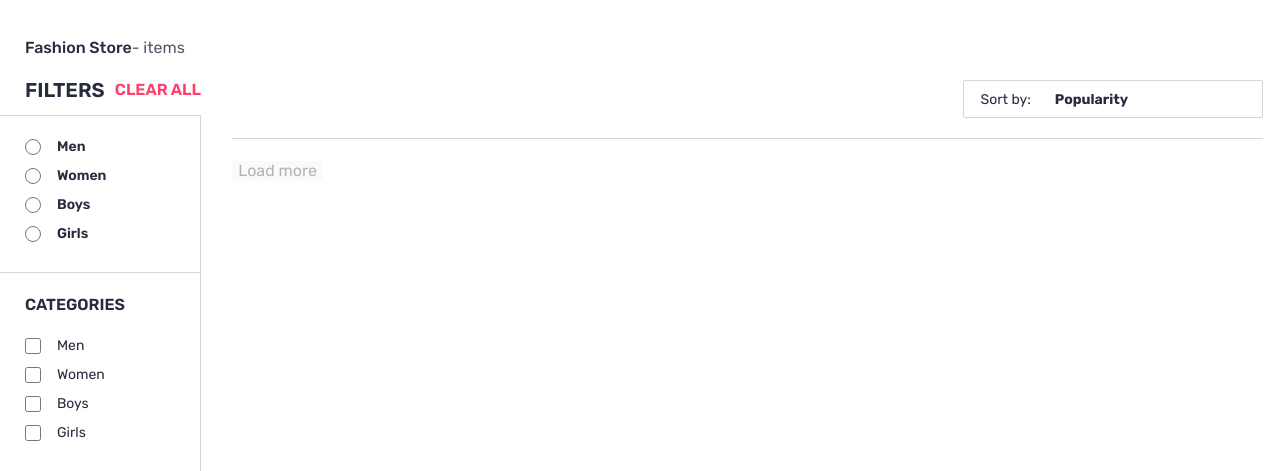
Repository: litaiqiang1407/Khanh-FashionStore
Page: /
These files come from the project's save history. The page is drawn as it stood at one moment and after the next save; the edit follows.
The browser window is 1280 px wide. The page is 1288 px wide, so the pictures cover 1288 px, including what lies to the right of the window. The pictures show the part of the page from y = 1080 to 1551 px (the page is 1551 px tall).
The page's requests for data from a server got no answer. The project was rebuilt for these pictures with package versions that can differ from the ones it lists, and the page was loaded fresh each time. No one was signed in, and anything a server would have sent is missing.

Above is the page before, as saved 2024-04-14 10:43:54.

### public/index.html
<!DOCTYPE html>
<html lang="en">
  <head>
    <meta charset="utf-8" />
    <link
      rel="icon"
      href="https://cdn.dribbble.com/userupload/7899795/file/original-7c498c1b6e9bb43ac93fe5918fafdf99.jpg?resize=1200x1200"
    />
    <meta name="viewport" content="width=device-width, initial-scale=1" />
    <title>Fashion Store</title>
    <link
      href="https://cdn.jsdelivr.net/npm/bootstrap@5.3.3/dist/css/bootstrap.min.css"
      rel="stylesheet"
      integrity="sha384-QWTKZyjpPEjISv5WaRU9OFeRpok6YctnYmDr5pNlyT2bRjXh0JMhjY6hW+ALEwIH"
      crossorigin="anonymous"
    />
  </head>
  <body>
    <div id="root"></div>
    <script
      src="https://cdn.jsdelivr.net/npm/bootstrap@5.3.3/dist/js/bootstrap.bundle.min.js"
      integrity="sha384-YvpcrYf0tY3lHB60NNkmXc5s9fDVZLESaAA55NDzOxhy9GkcIdslK1eN7N6jIeHz"
      crossorigin="anonymous"
    ></script>
  </body>
</html>

### src/index.js
import React from "react";
import ReactDOM from "react-dom/client";

import App from "./App";
import reportWebVitals from "./reportWebVitals";
import { GlobalStyles } from "./components";

const root = ReactDOM.createRoot(document.getElementById("root"));
root.render(
  <React.StrictMode>
    <GlobalStyles>
      {" "}
      <App />
    </GlobalStyles>
  </React.StrictMode>
);

// If you want to start measuring performance in your app, pass a function
// to log results (for example: reportWebVitals(console.log))
// or send to an analytics endpoint. Learn more: https://bit.ly/CRA-vitals
reportWebVitals();

### src/App.js
import { BrowserRouter as Router, Routes, Route } from "react-router-dom";
import { publicRoutes } from "./routes";
import { Fragment } from "react";

function App() {
  return (
    <Router>
      <div className="App">
        <Routes>
          {publicRoutes.map((route, index) => {
            let Layout = route.layout;
            let MiniLayout = route.miniLayout;

            if (!route.layout) {
              Layout = Fragment;
            }

            if (!route.miniLayout) {
              MiniLayout = Fragment;
            }

            const Page = route.component;
            return (
              <Route
                key={index}
                path={route.path}
                element={
                  <Layout>
                    <MiniLayout>
                      <Page />
                    </MiniLayout>
                  </Layout>
                }
              />
            );
          })}
        </Routes>
      </div>
    </Router>
  );
}

export default App;

### src/components/index.js
export { default as GlobalStyles } from "./GlobalStyles";

### src/routes/index.js
import { UserLayout } from "~/components/Layout";
import { Home } from "~/pages";

const publicRoutes = [
  {
    path: "/",
    component: Home,
    layout: UserLayout,
  },
];

const privateRoutes = [];

export { publicRoutes, privateRoutes };

### src/components/Layout/index.js
export { default as UserLayout } from "./UserLayout";

### src/components/GlobalStyles/GlobalStyles.scss
@import "normalize.css";
@import url("https://fonts.googleapis.com/css2?family=Rubik:ital,wght@0,300..900;1,300..900&display=swap");

:root {
  --black: #000;
  --white: #fff;
  --gray: #f5f5f6;
  --primary-color: #ff3e6c;
  --primary-text-color: #282c3f;
  --secondary-text-color: #535766;
  --primary-border-color: #d4d5d9;
  --price: #ff3e6c;
}

* {
  box-sizing: border-box;
}

html {
  font-size: 62.5%;
}

body {
  font-family: "Rubik", sans-serif;
  font-size: 1.6rem;
  line-height: 1.5;
  text-rendering: optimizeSpeed;
}

body::-webkit-scrollbar {
  display: none;
}

button,
input,
[tabindex] {
  border: none;
  outline: none;
  &:focus {
    outline: none;
  }
}

a[href] {
  text-decoration: none;
  color: var(--text-black-color);
}

ul {
  list-style-type: none;
  padding: 0;
  margin: 0;
}

### src/components/Layout/UserLayout/index.js
import { Header } from "../Components";

function UserLayout({ children }) {
  return (
    <div>
      <Header />
      {children}
    </div>
  );
}

export default UserLayout;

### src/pages/Home/index.js
import Banner from "./Banner";
import Products from "./Products";

function Home() {
  return (
    <div>
      <Banner />
      <Products />
    </div>
  );
}

export default Home;

### src/pages/Home/Banner/index.js
import { Carousel, Container, Image } from "react-bootstrap";

import classNames from "classnames/bind";
import styles from "./Banner.module.scss";

const cx = classNames.bind(styles);

function Banner() {
  return (
    // <div className={cx("banner")}>
    //   <Image
    //     className={cx("banner-img")}
    //     src="https://assets.myntassets.com/f_webp,w_980,c_limit,fl_progressive,dpr_2.0/assets/images/2022/7/25/9be788ff-39a4-4214-99d0-fc97505aae5a1658752545685-USPA_Desk_Banner.jpg"
    //   />
    // </div>
    <Carousel className={cx("banner")}>
      <Carousel.Item interval={1000}>
        <Image
          className={cx("banner-img")}
          src="https://assets.myntassets.com/f_webp,w_980,c_limit,fl_progressive,dpr_2.0/assets/images/2022/7/25/9be788ff-39a4-4214-99d0-fc97505aae5a1658752545685-USPA_Desk_Banner.jpg"
        />
      </Carousel.Item>
      <Carousel.Item interval={1000}>
        <Image
          className={cx("banner-img")}
          src="https://assets.myntassets.com/f_webp,w_980,c_limit,fl_progressive,dpr_2.0/assets/images/2022/7/25/b656a7f4-4688-4997-bb7c-54b78793981e1658752386588-Western-Wear_Desk.jpg"
        />
      </Carousel.Item>
      <Carousel.Item interval={1000}>
        <Image
          className={cx("banner-img")}
          src="https://assets.myntassets.com/f_webp,w_980,c_limit,fl_progressive,dpr_2.0/assets/images/2022/5/31/4031994d-9092-4aa7-aea1-f52f2ae5194f1654006594976-Activewear_DK.jpg"
        />
      </Carousel.Item>
    </Carousel>
  );
}

export default Banner;

### src/pages/Home/Products/index.js
import { useEffect, useState } from "react";
import { interactData } from "~/functions/interactData";

import classNames from "classnames/bind";
import styles from "./Products.module.scss";
import { Col, Form, Row } from "react-bootstrap";
import { Link } from "react-router-dom";
const cx = classNames.bind(styles);

function Products() {
  const [products, setProducts] = useState([]);
  const [displayedProducts, setDisplayedProducts] = useState(20);
  const productsURL = "http://localhost/fashion-store/api/Products.php";

  useEffect(() => {
    interactData(productsURL, "GET", null, setProducts);
  }, []);

  const loadMoreProducts = () => {
    setDisplayedProducts(displayedProducts + 20);
  };
  return (
    <div className={cx("products")}>
      <div className={cx("header")}>
        <h1 className={cx("header-title")}>Fashion Store</h1>
        <span className={cx("header-count")}>{` - items`}</span>
      </div>
      <div className={cx("body")}>
        <Row>
          <Col lg={2} className={cx("filter")}>
            <div className={cx("filter-header")}>
              <span className={cx("filter-header__title")}>FILTERS</span>
              <span className={cx("filter-header__clear")}>CLEAR ALL</span>
            </div>
            <div className={cx("filter-body")}>
              <div className={cx("filter-gender")}>
                <ul className={cx("gender-list")}>
                  <li className={cx("gender-item")}>
                    <label className={cx("item-label")}>
                      <input
                        name="gender-item"
                        type="radio"
                        className={cx("item-input")}
                      />
                      <span className={cx("item-value")}>Men</span>
                    </label>
                  </li>
                  <li className={cx("gender-item")}>
                    <label className={cx("item-label")}>
                      <input
                        name="gender-item"
                        type="radio"
                        className={cx("item-input")}
                      />
                      <span className={cx("item-value")}>Women</span>
                    </label>
                  </li>
                  <li className={cx("gender-item")}>
                    <label className={cx("item-label")}>
                      <input
                        name="gender-item"
                        type="radio"
                        className={cx("item-input")}
                      />
                      <span className={cx("item-value")}>Boys</span>
                    </label>
                  </li>
                  <li className={cx("gender-item")}>
                    <label className={cx("item-label")}>
                      <input
                        name="gender-item"
                        type="radio"
                        className={cx("item-input")}
                      />
                      <span className={cx("item-value")}>Girls</span>
                    </label>
                  </li>
                </ul>
              </div>
              <div className={cx("filter-category")}>
                <span className={cx("category-title")}>CATEGORIES</span>
                <ul className={cx("category-list")}>
                  <li className={cx("category-item")}>
                    <label className={cx("item-label")}>
                      <input
                        name="category-item"
                        type="checkbox"
                        className={cx("item-input")}
                      />
                      <span className={cx("item-value")}>Men</span>
                    </label>
                  </li>
                  <li className={cx("category-item")}>
                    <label className={cx("item-label")}>
                      <input
                        name="category-item"
                        type="checkbox"
                        className={cx("item-input")}
                      />
                      <span className={cx("item-value")}>Women</span>
                    </label>
                  </li>
                  <li className={cx("category-item")}>
                    <label className={cx("item-label")}>
                      <input
                        name="category-item"
                        type="checkbox"
                        className={cx("item-input")}
                      />
                      <span className={cx("item-value")}>Boys</span>
                    </label>
                  </li>
                  <li className={cx("category-item")}>
                    <label className={cx("item-label")}>
                      <input
                        name="category-item"
                        type="checkbox"
                        className={cx("item-input")}
                      />
                      <span className={cx("item-value")}>Girls</span>
                    </label>
                  </li>
                </ul>
              </div>
            </div>
          </Col>
          <Col lg={10} className={cx("product")}>
            <div className={cx("product-header")}>
              <div className={cx("sort-by")}>
                <span className={cx("sort-by__title")}>Sort by:</span>
                <span className={cx("sort-by__value")}>Popularity</span>
              </div>
            </div>
            <div className={cx("product-body")}>
              <ul className={cx("product-list")}>
                {products.slice(0, displayedProducts).map((product) => (
                  <li className={cx("product-item")} key={product.ID}>
                    <Link to="/product/1" className={cx("item-link")}>
                      <img
                        src={product.Image}
                        alt={product.Name}
                        className={cx("product-img")}
                        loading="lazy" // lazy load images
                      />
                      <div className={cx("product-info")}>
                        <p className={cx("product-brand")}>{product.Brand}</p>
                        <p className={cx("product-name")}>{product.Name}</p>
                        <p className={cx("product-price")}>${product.Price}</p>
                      </div>
                    </Link>
                  </li>
                ))}
              </ul>
            </div>
            <div className={cx("product-footer")}>
              <button
                className={cx("load-more")}
                onClick={loadMoreProducts}
                disabled={displayedProducts >= products.length}
              >
                Load more
              </button>
            </div>
          </Col>
        </Row>
      </div>
    </div>
  );
}

export default Products;

### src/components/Layout/Components/Header/index.js
import classNames from "classnames/bind";
import styles from "./Header.module.scss";
import { Col, Container, Navbar, Row, Nav } from "react-bootstrap";
import { Link } from "react-router-dom";
import { FontAwesomeIcon } from "@fortawesome/react-fontawesome";
import {
  faBagShopping,
  faHeart,
  faMagnifyingGlass,
  faUser,
} from "@fortawesome/free-solid-svg-icons";

const cx = classNames.bind(styles);

function Header() {
  return (
    <header className={cx("header")}>
      <Container className={cx("header-container")}>
        <Row className={cx("header-row")}>
          <Col lg={6} className={cx("header-col")}>
            <Navbar style={{ padding: 0 }}>
              <Navbar.Brand href="/" className={cx("header-logo")}>
                <img
                  src="https://cdn.dribbble.com/userupload/7899795/file/original-7c498c1b6e9bb43ac93fe5918fafdf99.jpg?resize=1200x1200"
                  alt="Logo"
                  className={cx("logo")}
                />
              </Navbar.Brand>
              <Navbar expand="lg" className={cx("navbar-header")}>
                <Nav className="mx-auto" style={{ height: "80px" }}>
                  <Link className={cx("nav-link")} to="/furniture">
                    MEN
                  </Link>
                  <Link className={cx("nav-link")} to="/lighting">
                    WOMEN
                  </Link>
                  <Link className={cx("nav-link")} to="/home-decor">
                    KIDS
                  </Link>
                  <Link className={cx("nav-link")} to="/outdoor-items">
                    HOME & LIVING
                  </Link>
                  <Link className={cx("nav-link")} to="/bathroom-items">
                    BEAUTY
                  </Link>
                </Nav>
              </Navbar>
            </Navbar>
          </Col>
          <Col lg={6} className={cx("header-col")}>
            <Row className={cx("header-options")}>
              <Col lg={8}>
                <div className={cx("header-search")}>
                  <FontAwesomeIcon
                    icon={faMagnifyingGlass}
                    className={cx("search-icon")}
                  />
                  <input
                    type="text"
                    placeholder="Search for products, brands, and more..."
                    className={cx("search-input")}
                  />
                </div>
              </Col>
              <Col lg={4} className={cx("header-actions")}>
                <Link to="/login">
                  <FontAwesomeIcon
                    className={cx("action-icon")}
                    icon={faUser}
                  />
                </Link>
                <Link to="/wishlist">
                  <FontAwesomeIcon
                    className={cx("action-icon")}
                    icon={faHeart}
                  />
                </Link>
                <Link to="/cart">
                  <FontAwesomeIcon
                    className={cx("action-icon")}
                    icon={faBagShopping}
                  />
                </Link>
              </Col>
            </Row>
          </Col>
        </Row>
      </Container>
    </header>
  );
}

export default Header;

### src/pages/Home/Banner/Banner.module.scss
@import "~bootstrap/scss/bootstrap";

.banner {
  padding: 0;
  .banner-img {
    width: 100%;
  }
}

### src/functions/interactData.js
import axios from "axios"; // Import the axios library to make requests

// Function to interact with the API
const interactData = (url, method, data, setData) => {
  axios({
    method: method, // GET, POST, PUT, DELETE
    url: url, // API endpoint
    data: new URLSearchParams(data), // Data to send in the body of the request
    headers: { "Content-Type": "application/x-www-form-urlencoded" }, // Headers
  })
    .then((response) => {
      console.log("Sending request with data:", data);
      setData(response.data); // Set the data from the response
    })
    .catch((error) => {
      console.error("Error fetching data: ", error);
    });
};

export { interactData };

### src/pages/Home/Products/Products.module.scss
@import "~bootstrap/scss/bootstrap";

.products {
  margin-top: 40px;

  .header {
    display: flex;
    margin-left: 25px;

    .header-title {
      font-size: 1.6rem;
      color: var(--primary-text-color);
      margin: 0;
      line-height: 16px;
    }

    .header-count {
      font-size: 1.6rem;
      color: var(--secondary-text-color);
      line-height: 16px;
    }
  }

  .body {
    margin-top: 24px;
    .filter-header {
      margin: 0 0 15px 25px;
      height: 20px;
      display: flex;
      justify-content: space-between;
      align-items: center;

      .filter-header__title {
        font-size: 2rem;
        color: var(--primary-text-color);
        font-weight: 600;
      }
      .filter-header__clear {
        font-size: 1.6rem;
        color: var(--primary-color);
        font-weight: 600;
      }
    }

    .filter-gender {
      padding: 20px 0 20px 25px;
      border-top: 1px solid var(--primary-border-color);
      border-right: 1px solid var(--primary-border-color);

      .gender-list {
        padding: 0;
        margin: 0;

        .gender-item {
          margin-bottom: 8px;
          .item-label {
            display: flex;
            align-items: center;
            .item-input {
              width: 16px;
              height: 16px;
            }

            .item-value {
              margin-left: 16px;
              font-size: 1.4rem;
              color: var(--primary-text-color);
              font-weight: 600;
            }
          }
        }
      }
    }

    .filter-category {
      padding: 20px 0 20px 25px;
      border-top: 1px solid var(--primary-border-color);
      border-right: 1px solid var(--primary-border-color);

      .category-title {
        display: block;
        margin: 0 0 18px;
        font-size: 1.6rem;
        color: var(--primary-text-color);
        font-weight: 600;
      }
      .category-list {
        padding: 0;
        margin: 0;

        .category-item {
          margin-bottom: 8px;
          .item-label {
            display: flex;
            align-items: center;
            .item-input {
              width: 16px;
              height: 16px;
            }

            .item-value {
              margin-left: 16px;
              font-size: 1.4rem;
              color: var(--primary-text-color);
            }
          }
        }
      }
    }

    .product {
      padding: 0 24px;
      .product-header {
        display: flex;
        justify-content: flex-end;
        align-items: center;
        padding-bottom: 20px;
        border-bottom: 1px solid var(--primary-border-color);

        .sort-by {
          display: flex;
          align-items: center;
          width: 300px;
          height: 38px;
          border: 1px solid var(--primary-border-color);
          border-radius: 2px;
          padding-left: 16px;

          .sort-by__title {
            color: var(--primary-text-color);
            margin-right: 24px;
            font-size: 1.4rem;
          }

          .sort-by__value {
            color: var(--primary-text-color);
            font-size: 1.4rem;
            font-weight: 700;
          }
        }
      }

      .product-body {
        margin-top: 20px;
        .product-list {
          margin: 0;
          padding: 0;
          display: flex;
          flex-wrap: wrap;
          justify-content: space-between;
          .product-item {
            margin-bottom: 16px;
            transition: all 0.3s ease;
            overflow: hidden;

            &:hover {
              transform: scale(1.05);
              border: 1px solid var(--primary-color);
            }
            .item-link {
              transition: transform 0.2s;

              &:hover {
                transform: scale(1.1);
              }
              .product-img {
                width: 210px;
                height: 280px;
              }

              .product-info {
                margin-top: 12px;
                padding: 0 10px;

                .product-brand {
                  color: var(--primary-text-color);
                  font-size: 1.6rem;
                  font-weight: 600;
                }
                .product-name {
                  color: var(--primary-text-color);
                  font-size: 1.4rem;
                }
                .product-price {
                  color: var(--price);
                  font-size: 1.6rem;
                  font-weight: 600;
                }
              }
            }
          }
        }
      }
    }
  }
}

### src/components/Layout/Components/Header/Header.module.scss
@import "~bootstrap/scss/bootstrap";

.header {
  height: 80px;
  position: sticky;
  top: 0;
  z-index: 1000;
  background-color: var(--white);
  box-shadow: 0 2px 4px rgba(0, 0, 0, 0.1);
  margin-bottom: 40px;

  .header-container {
    padding: 0;

    .header-row {
      padding: 0;

      .header-col {
        padding: 0;

        .header-logo {
          padding: 0;

          .logo {
            height: 80px;
            width: 80px;
          }
        }

        .navbar-header {
          height: 80px;
          .nav-link {
            height: 100%;
            padding: 0 16px;
            font-size: 1.4rem;
            font-weight: 600;
            line-height: 80px;
            color: var(--primary-text-color);

            &:hover {
              color: var(--primary-color);
              border-bottom: 3px solid var(--primary-color);
            }
          }
        }
      }

      .header-options {
        padding: 20px 0;
        height: 80px;

        .header-search {
          height: 40px;
          padding: 12px 10px;
          display: flex;
          align-items: center;
          background-color: var(--gray);
          border: 1px solid transparent;
          border-radius: 4px;

          &:focus-within {
            background-color: var(--white);
            border: 1px solid var(--primary-color);
          }

          .search-icon {
            font-size: 1.6rem;
            color: var(--secondary-text-color);
            margin-right: 12px;
          }

          .search-input {
            width: 90%;
            font-size: 1.6rem;
            color: var(--secondary-text-color);
            background-color: var(--gray);

            &:focus {
              background-color: var(--white);
            }
          }
        }

        .header-actions {
          display: flex;
          justify-content: flex-end;
          align-items: center;

          .action-icon {
            margin-left: 32px;
            font-size: 2rem;

            &:hover {
              color: var(--primary-color);
            }
          }
        }
      }
    }
  }
}

Loaded but not shown: src/reportWebVitals.js (common file); src/components/GlobalStyles/index.js (common file); src/pages/index.js (common file); src/components/Layout/Components/index.js (common file)

After the next save:
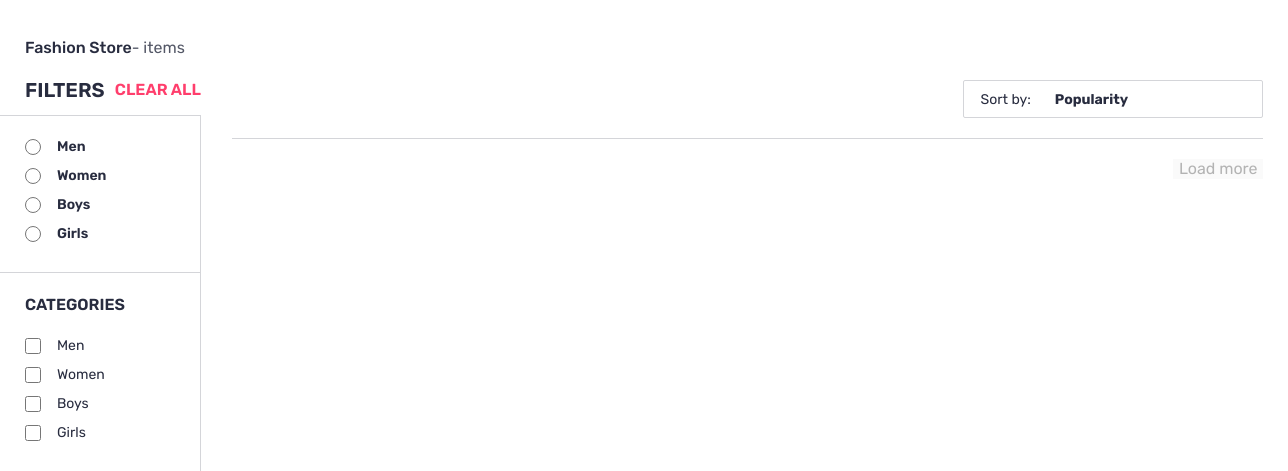
Saved 40 s later.
--- a/src/pages/Home/Products/Products.module.scss
+++ b/src/pages/Home/Products/Products.module.scss
@@ -194,3 +194,8 @@
     }
   }
 }
+
+.product-footer {
+  display: flex;
+  justify-content: flex-end;
+}
